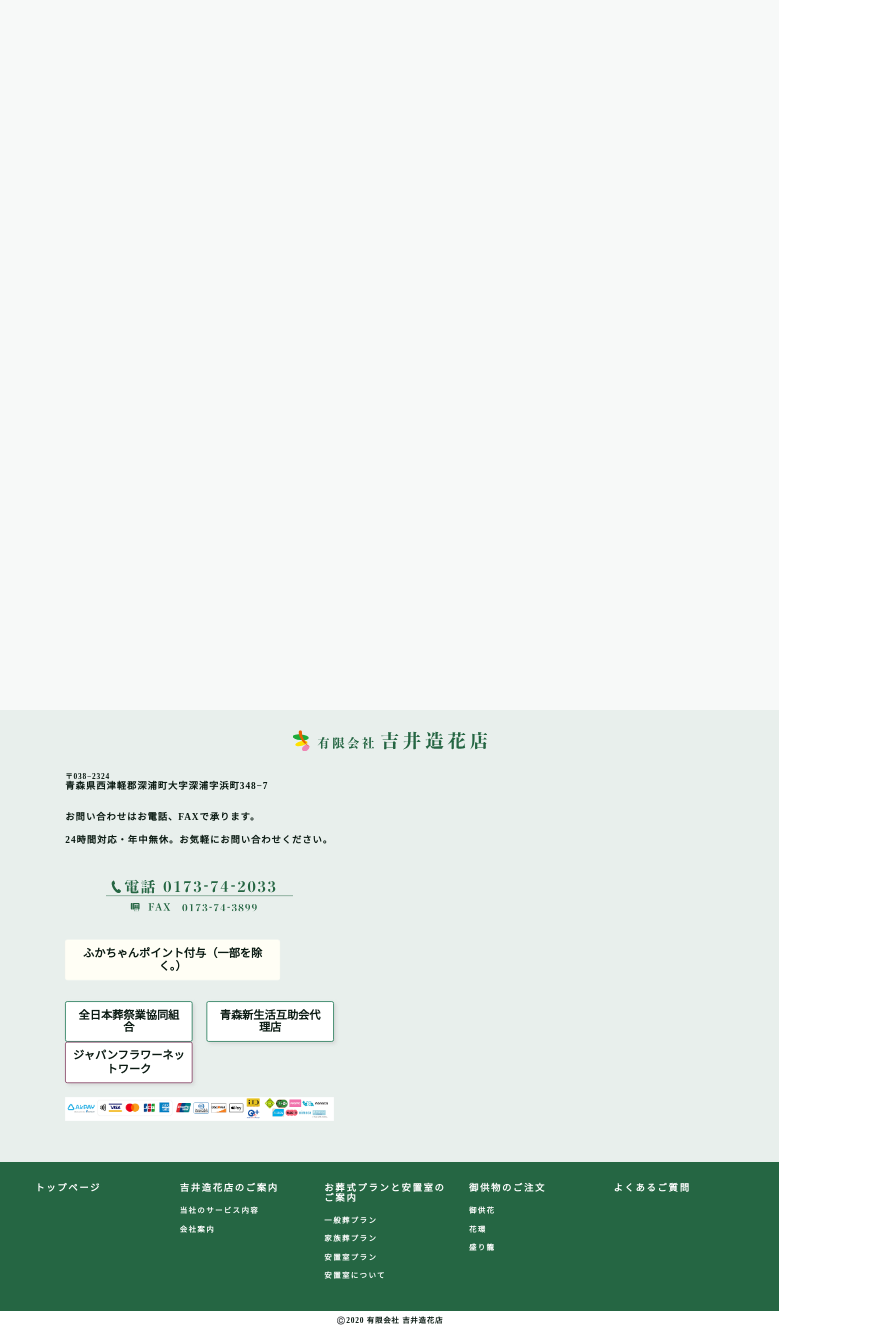
Repository: plus-agc-service-yamauchi/yoshii_scratch_ver3
Page: index.html
An editor plug-in stored every save of this project. The page is shown before and after the next save, followed by the edit.
The browser window is 1280 px wide. The pictures show the part of the page from y = 1806 to 3726 px (the page is 3706 px tall before and 3726 px after), at 70% of full size.
Pictures or frames that could not be fetched are drawn as grey boxes. Some web libraries are served in a nearby version. The style sheet was rebuilt from its Sass, Less or Tailwind sources for each picture, by a compiler version that may differ from the author's.

Above is the page before, as saved 2021-01-28 17:13:48.
Console error (its wording comes from the project's code and is left out).

After the next save:
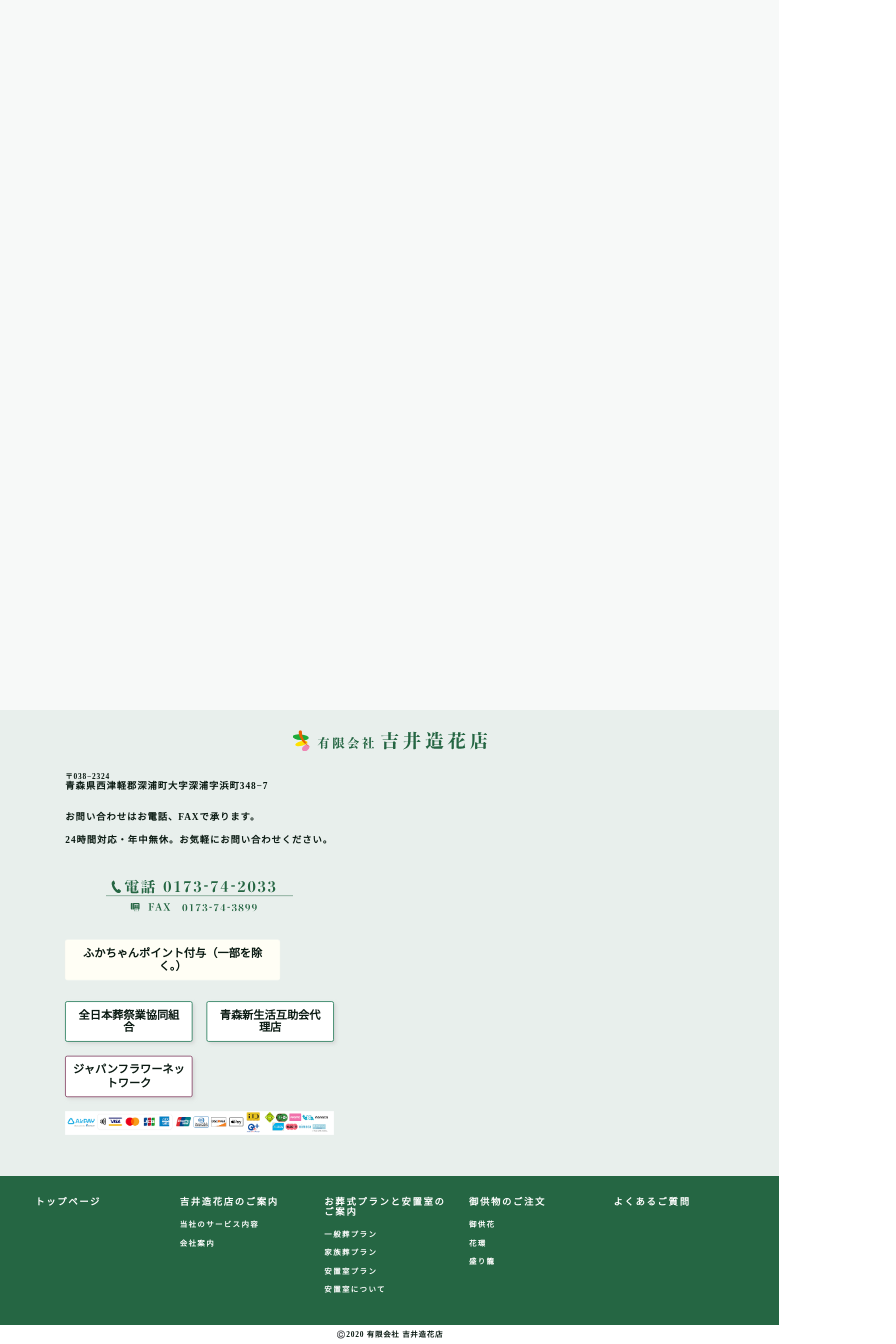
Saved 2 min 36 s later.
--- a/index.html
+++ b/index.html
@@ -291,7 +291,7 @@
                                 <div class="mb30">
                                     <p class="fpoint">ふかちゃんポイント付与（一部を除く。）</p>
                                 </div>
-                                <div class="grid-sp-2 grid-pc-2 grid-tab-2 grid-col-gap20 mb20">
+                                <div class="grid-sp-2 grid-pc-2 grid-tab-2 grid-row-gap20 grid-col-gap20 mb20">
                                     <a href="https://www.zensoren.or.jp" target="_blank" class="link">全日本葬祭業協同組合</a>
                                     <a href="http://www.younet-aomori.jp/contact.html" target="_blank" class="link">青森新生活互助会代理店</a>
                                     <a href="http://www.jfn87.co.jp/" target="_blank" class="link2">ジャパンフラワーネットワーク</a>
